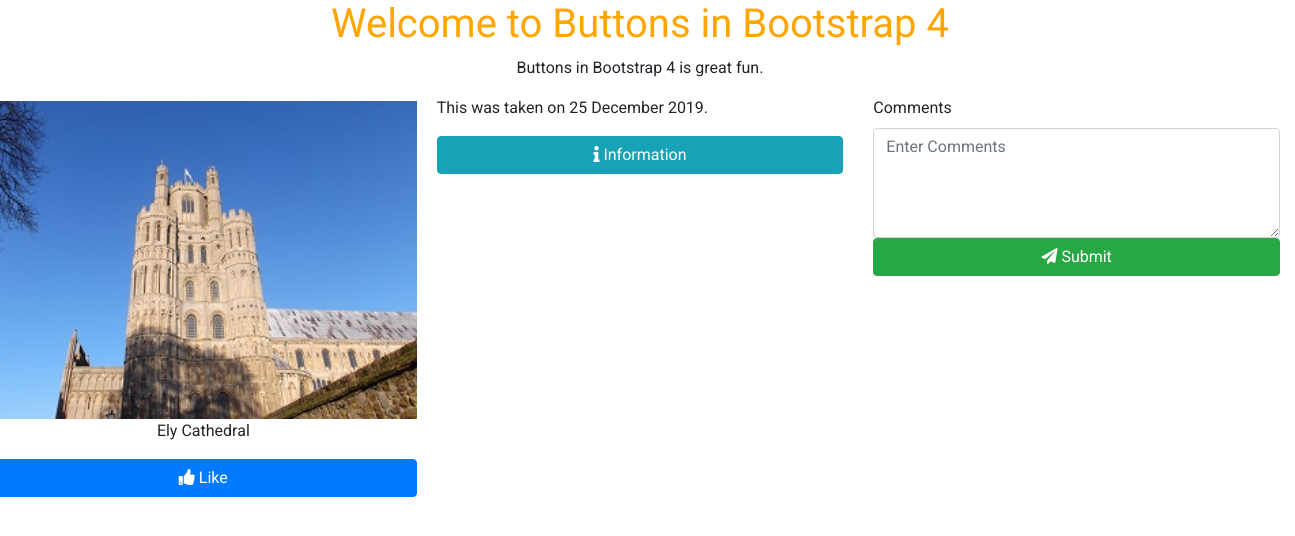
Repository: derektypist/buttons-in-bootstrap-4
Page: index.html
The author's editor kept a record of every edit. The page is drawn from the files as they stood at one moment, then again after the next edit.
The browser window is 1280 px wide. The page is 1295 px wide, so the pictures cover 1295 px, including what lies to the right of the window. The pictures show the whole page.
Some web libraries are served in a nearby version.

Above is the page before.

After the next edit:
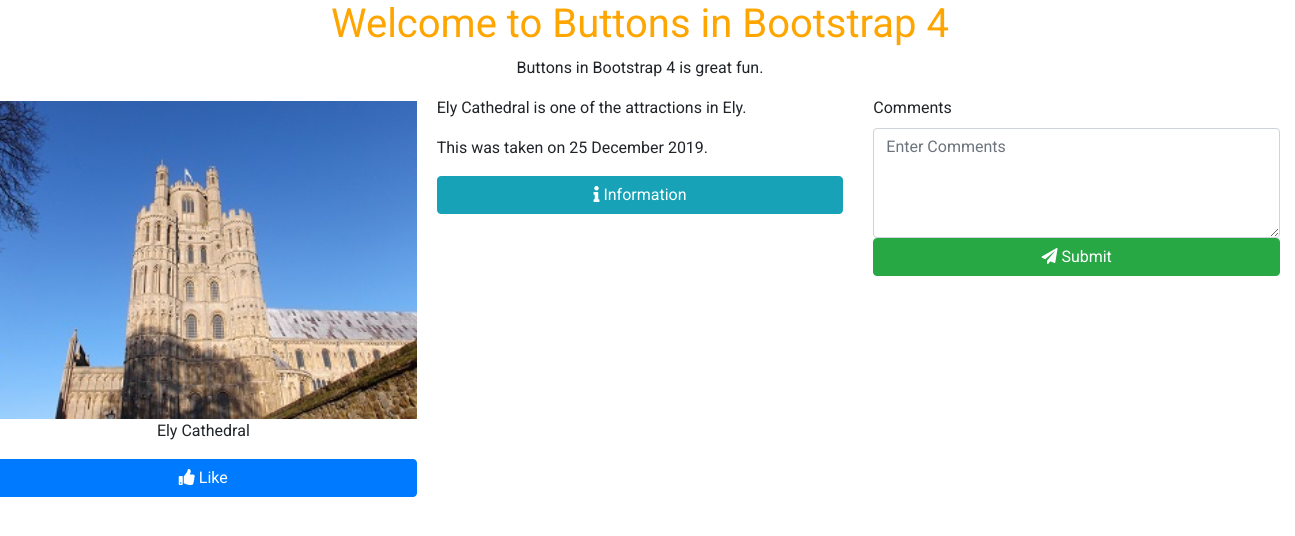
The edit:
--- a/index.html
+++ b/index.html
@@ -34,6 +34,7 @@
 
             <!-- Set Up Article -->
             <article class="col-sm-4">
+                <p>Ely Cathedral is one of the attractions in Ely.</p>
                 <p>This was taken on 25 December 2019.</p>
                 <!-- Create Button -->
                 <button class="btn btn-info btn-block"><i class="fas fa-info"></i> Information</button>
